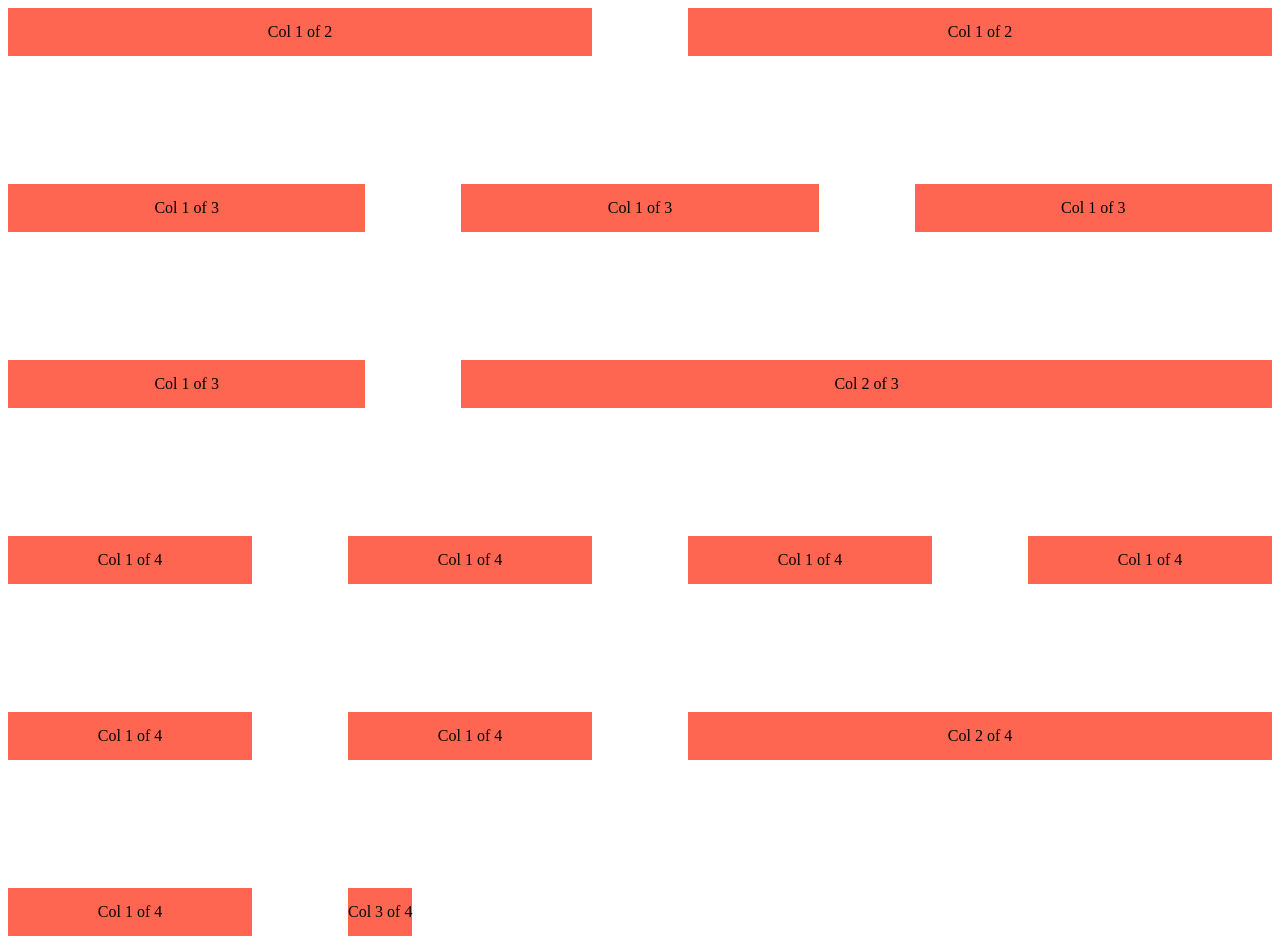
Repository: haokiet2501/grid-basic
Page: index.html
The author's editor kept a copy of each file at every save. The page is drawn from the files as they stood at one save, then again after a run of saves.
The browser window is 1280 px wide. The pictures show the whole page.

Above is the page before, as saved 2022-08-11 19:01:19.

After the next 4 saves:
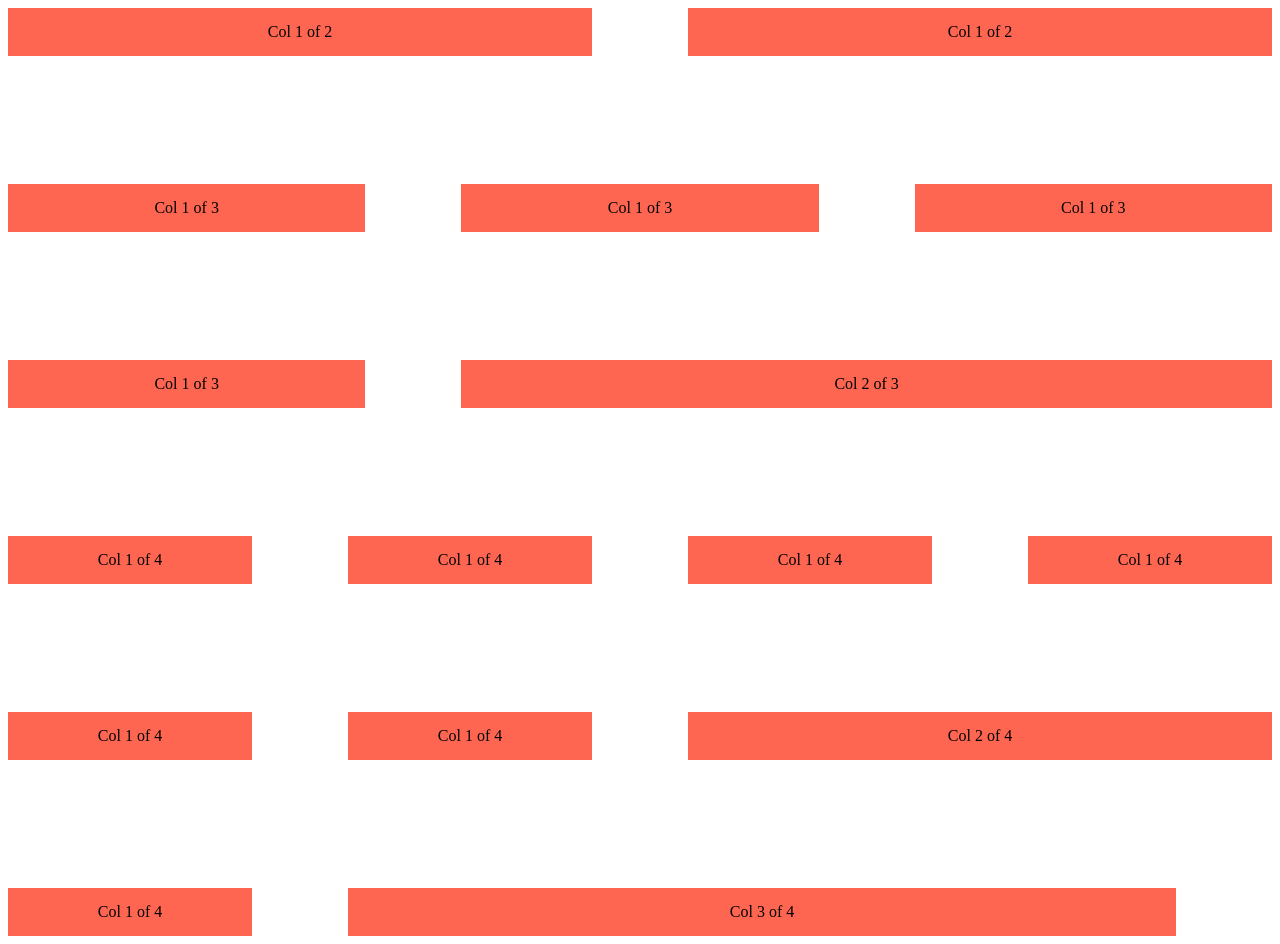
The 4 saves are shown as one change because they came seconds apart.
The last was saved 20 s later.
--- a/styles.css
+++ b/styles.css
@@ -49,3 +49,7 @@
 .col-2-of-4 {
     width: calc(2 * ((100% - 3 * var(--gutter-horizonal)) / 4) + var(--gutter-horizonal));
 }
+
+.col-3-of-4 {
+    width: calc(3 * ((100% - 3 * var(--gutter-horizonal)) / 4) + var(--gutter-horizonal));
+}

After the save that followed:
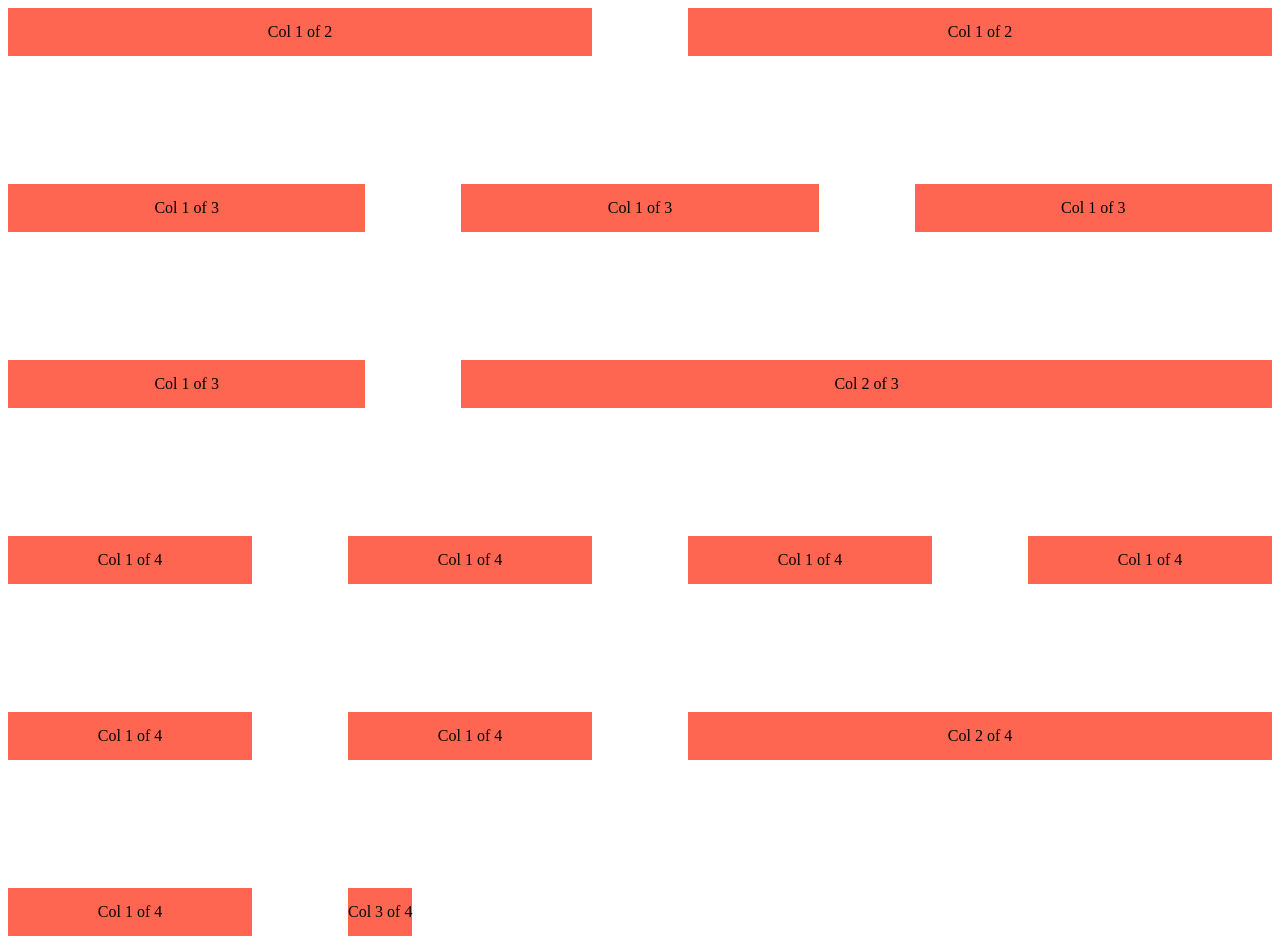
Saved 10 s later.
--- a/styles.css
+++ b/styles.css
@@ -51,5 +51,5 @@
 }
 
 .col-3-of-4 {
-    width: calc(3 * ((100% - 3 * var(--gutter-horizonal)) / 4) + var(--gutter-horizonal));
+    width: calc(3 * ((100% - 3 * var(--gutter-horizonal)) / 4) + (var(--gutter-horizonal));
 }
